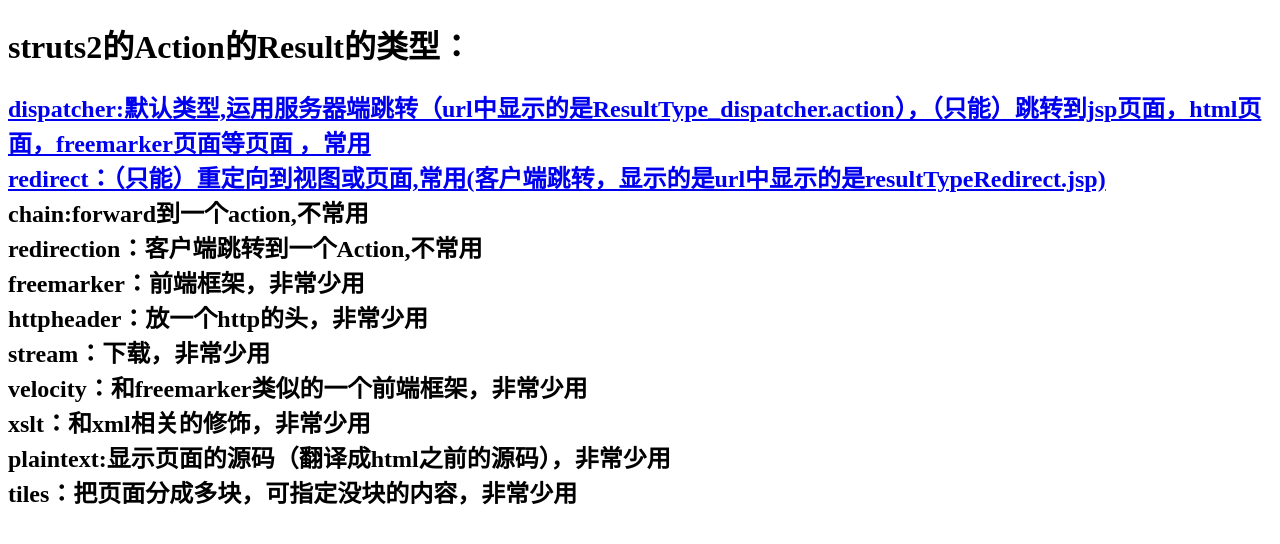
Repository: fupq/fpqStruts2
Page: http://localhost/struts206DataCheck20181016/resultType.jsp
The author's editor kept a copy of each file at every save. The page is drawn from the files as they stood at one save, then again after the next save.
The browser window is 1280 px wide. The pictures show the whole page.
The page is served by Tomcat 9. Nobody is signed in. The application's start-up code is not run. Other server files are loaded and not shown.

Above is the page before, as saved 2018-10-22 17:21:24.

### struts206DataCheck20181016/WebRoot/resultType.jsp
<%@ page language="java" contentType="text/html; charset=GB18030"
    pageEncoding="GB18030"%>
<!DOCTYPE html>
<html>
<head>
<meta charset="GB18030">
<title>resultType</title>
</head>
<body>
	<h1>struts2的Action的Result的类型：</h1>
	<h2>
		<a href="http://localhost:8080/struts206DataCheck20181016/resultType/ResultType_dispatcher.action">dispatcher:默认类型,运用服务器端跳转（url中显示的是ResultType_dispatcher.action），（只能）跳转到jsp页面，html页面，freemarker页面等页面	，常用</a><br>
		<a href="http://localhost:8080/struts206DataCheck20181016/resultType/ResultType_redirect.action">redirect：（只能）重定向到视图或页面,常用(客户端跳转，显示的是url中显示的是resultTypeRedirect.jsp)	<br></a>
		chain:forward到一个action,不常用<br>
		redirection：客户端跳转到一个Action,不常用<br>
		freemarker：前端框架，非常少用<br>
		httpheader：放一个http的头，非常少用<br>
		stream：下载，非常少用<br>
		velocity：和freemarker类似的一个前端框架，非常少用<br>
		xslt：和xml相关的修饰，非常少用<br>
		plaintext:显示页面的源码（翻译成html之前的源码），非常少用<br>
		tiles：把页面分成多块，可指定没块的内容，非常少用<br>
	</h2>
</body>
</html>

After the next save:
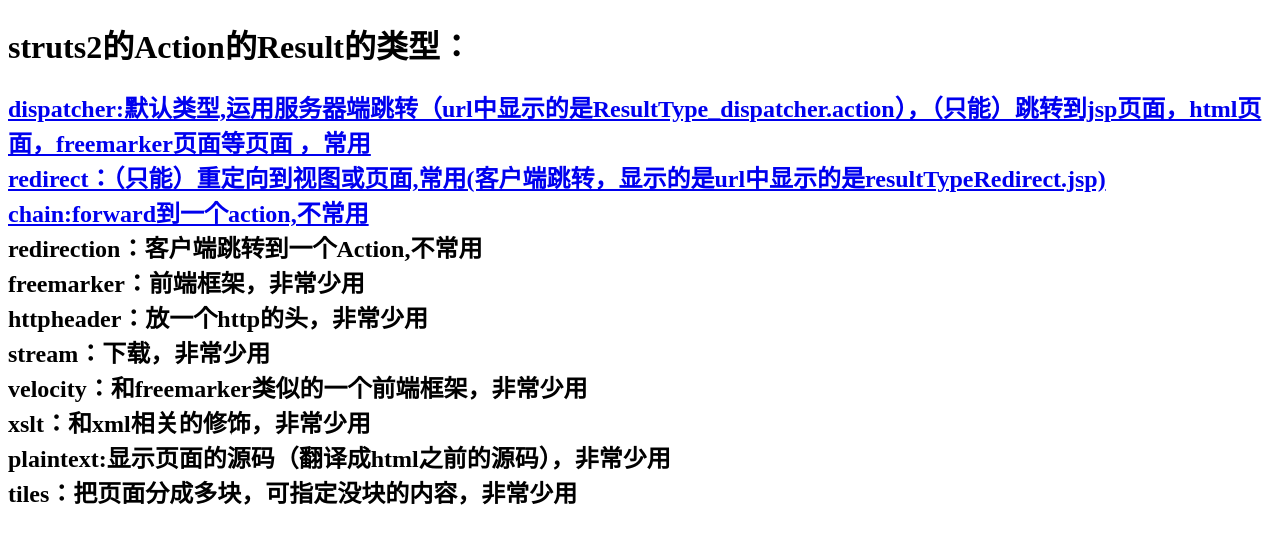
Saved 73 s later.
--- a/struts206DataCheck20181016/WebRoot/resultType.jsp
+++ b/struts206DataCheck20181016/WebRoot/resultType.jsp
@@ -11,7 +11,7 @@
 	<h2>
 		<a href="http://localhost:8080/struts206DataCheck20181016/resultType/ResultType_dispatcher.action">dispatcher:默认类型,运用服务器端跳转（url中显示的是ResultType_dispatcher.action），（只能）跳转到jsp页面，html页面，freemarker页面等页面	，常用</a><br>
 		<a href="http://localhost:8080/struts206DataCheck20181016/resultType/ResultType_redirect.action">redirect：（只能）重定向到视图或页面,常用(客户端跳转，显示的是url中显示的是resultTypeRedirect.jsp)	<br></a>
-		chain:forward到一个action,不常用<br>
+		<a href="http://localhost:8080/struts206DataCheck20181016/resultType/ResultType_chain.action">chain:forward到一个action,不常用</a> <br>
 		redirection：客户端跳转到一个Action,不常用<br>
 		freemarker：前端框架，非常少用<br>
 		httpheader：放一个http的头，非常少用<br>
